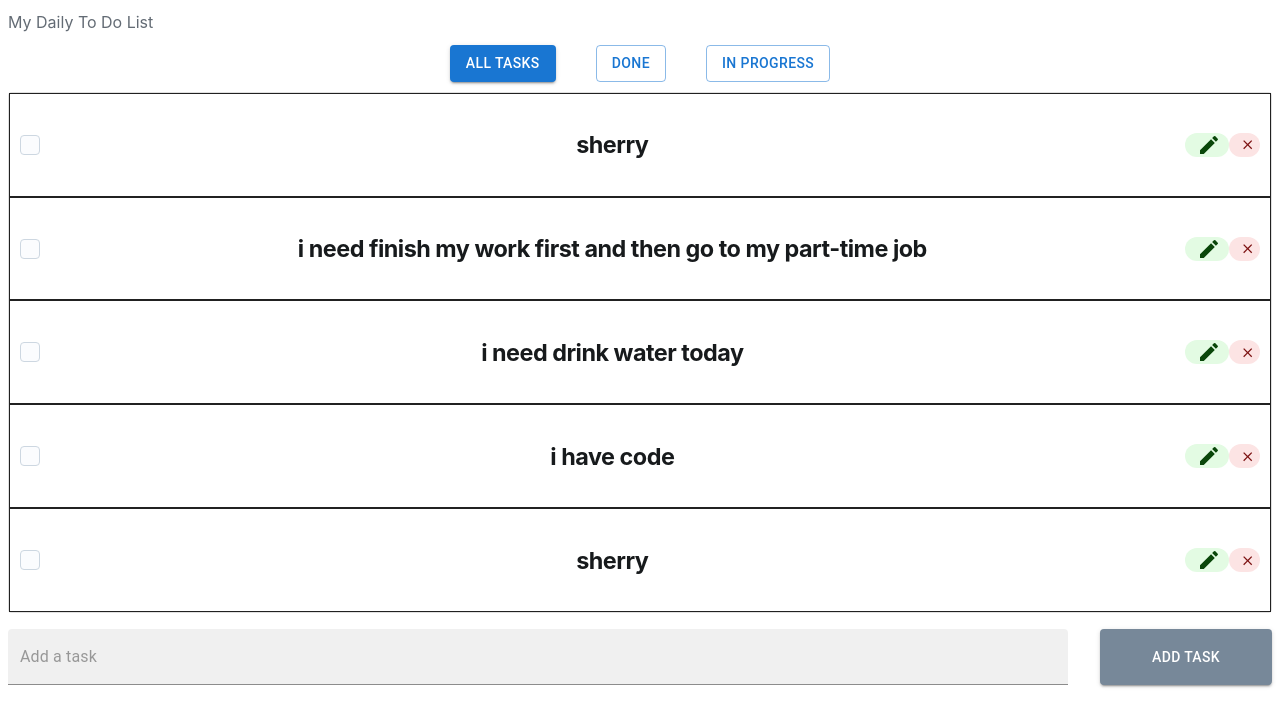
Repository: Tracy-maker/TodoList
Page: /
These files come from the project's save history. The page is drawn as it stood at one moment and after a run of saves; the edit follows.
The browser window is 1280 px wide. The pictures show the whole page.
The project was rebuilt for these pictures with package versions that can differ from the ones it lists, and the page was loaded fresh each time. Requests to the local data server were answered from the project's data file. Also part of the build but not shown: src/components/TaskEdit.js.

Above is the page before, as saved 2023-09-06 15:26:05.

### src/App.js
import { useState, useEffect } from "react";
import axios from "axios";
import CreateTask from "./components/CreateTask";
import TaskList from "./components/TaskList";
import { Box } from "@mui/material";
import styled from "styled-components";
import Typography from "@mui/joy/Typography";
import TaskButton from "./components/TaskButton";

const TaskForm = styled(Box)`
  display: flex;
  flex-direction: column;
  justify-content: space-between;
  align-items: stretch;
`;
function App() {
  const [tasks, setTasks] = useState([]);
  const [filter, setFilter] = useState("all");

  const fetchTask = async () => {
    const response = await axios.get("http://localhost:3001/tasks");
    setTasks(response.data);
  };

  useEffect(() => {
    fetchTask();
  }, []);

  const createTask = async (title) => {
    const response = await axios.post("http://localhost:3001/tasks", {
      title,
      status: "inProgress",
    });
    const updatedTasks = [...tasks, response.data];
    setTasks(updatedTasks);
  };

  const deleteTasksById = async (id) => {
    await axios.delete(`http://localhost:3001/tasks/${id}`);
    const updatedTasks = tasks.filter((task) => {
      return task.id !== id;
    });
    setTasks(updatedTasks);
  };

  const editTaskById = async (id, newTitle) => {
    const response = await axios.put(`http://localhost:3001/tasks/${id}`, {
      title: newTitle,
    });

    const updatedTasks = tasks.map((task) => {
      if (task.id === id) {
        return {
          ...task,
          ...response.data,
        };
      }
      return tasks;
    });
    setTasks(updatedTasks);
  };

  const handleFilterTasks = (filter) => {
    setFilter(filter);
  };

  let filteredTasks = tasks;
  if (filter !== "all") {
    filteredTasks = tasks.filter((task) => task.status === filter);
  }

  const toggleCheckedBoxById = (id) => {
    const updatedTasks = tasks.map((task) => {
      if (task.id === id) {
        let nextStatus;
        if (task.status === "done") {
          nextStatus = "inProgress";
        } else {
          nextStatus = "done";
        }
        return {
          ...task,
          status: nextStatus,
        };
      }
      return task;
    });
    setTasks(updatedTasks);
  };

  return (
    <>
      <Typography variant="h1">My Daily To Do List</Typography>
      <TaskForm>
        <TaskButton defaultValue={filter} onFilterChange={handleFilterTasks} />
        <TaskList
          toggleCheckedBoxById={toggleCheckedBoxById}
          tasks={filteredTasks}
          onDelete={deleteTasksById}
          onEdit={editTaskById}
        />
        <CreateTask onCreate={createTask} />
      </TaskForm>
    </>
  );
}
export default App;

### src/components/CreateTask.js
import * as React from "react";
import Stack from "@mui/material/Stack";
import TextField from "@mui/material/TextField";
import Button from "@mui/material/Button";
import { useState } from "react";


function CreateTask(props) {
  const [title, setTitle] = useState("");

  const handleChange = (event) => {
    setTitle(event.target.value);
  };

  const handleSubmit = (event) => {
    event.preventDefault();
    if (title.trim() !== "") {
      props.onCreate(title);
      setTitle("");
    }
  };

  return (
    <Stack onSubmit={handleSubmit} component="form" direction="row" spacing={4}>
      <TextField
        value={title}
        onChange={handleChange}
        fullWidth
        hiddenLabel
        placeholder="Add a task"
        variant="filled"
      />
      <Button
        sx={{
          width: "25ch",
          backgroundColor: "#778899",
        }}
        type="submit"
        variant="contained"
      >
        Add Task
      </Button>
    </Stack>
  );
}

export default CreateTask;

### src/components/TaskList.js
import * as React from "react";
import { Paper, Box } from "@mui/material";
import TaskShow from "./TaskShow";



function TaskList(props) {

  const renderedTasksList = props.tasks.map((task) => {
    return (
      <TaskShow
        key={task.id}
        task={task}
        onDelete={props.onDelete}
        onEdit={props.onEdit}
        toggleCheckedBoxById={props.toggleCheckedBoxById}
      />
    );
  });

  return (
    <Box mb={2}>
      <Paper variant="outlined">{renderedTasksList}</Paper>
    </Box>
  );
}
export default TaskList;

### src/components/TaskButton.js
import * as React from "react";
import { Box, Button } from "@mui/material";
import styled from "styled-components";

const ButtonNavigationBar = styled(Box)`
  display: flex;
  justify-content: center;
  gap: 40px;
  padding: 10px;
`;

function TaskButton(props) {
  return (
    <ButtonNavigationBar>
      <Button
        variant={props.defaultValue === "all" ? "contained" : "outlined"}
        onClick={() => props.onFilterChange("all")}
      >
        All Tasks
      </Button>
      <Button
        variant={props.defaultValue === "done" ? "contained" : "outlined"}
        onClick={() => props.onFilterChange("done")}
      >
        Done
      </Button>
      <Button
        variant={props.defaultValue === "inProgress" ? "contained" : "outlined"}
        onClick={() => props.onFilterChange("inProgress")}
      >
        In Progress
      </Button>
    </ButtonNavigationBar>
  );
}
export default TaskButton;

### src/components/TaskShow.js
import * as React from "react";
import { useState } from "react";
import Typography from "@mui/joy/Typography";
import Checkbox from "@mui/joy/Checkbox";
import Chip from "@mui/joy/Chip";
import ChipDelete from "@mui/joy/ChipDelete";
import styled from "styled-components";
import { Box } from "@mui/material";
import EditIcon from "@mui/icons-material/Edit";
import TaskEdit from "./TaskEdit";

const TaskItem = styled(Box)`
  display: flex;
  justify-content: space-between;
  align-items: center;
  padding: 10px;
  border-style: solid;
  border-width: 1px;
`;

const Title = styled(Typography)`
  text-decoration: ${({ isDeleted }) => (isDeleted ? "line-through" : "none")};
`;

function TaskShow(props) {
  const [showEdit, setShowEdit] = useState(false);

  const handleEdit = () => {
    setShowEdit(!showEdit);
  };

  const handleSubmit = (id, newTitle) => {
    setShowEdit(false);
    props.onEdit(id, newTitle);
  };

  let content = <h3>{props.task.title}</h3>;
  if (showEdit) {
    content = <TaskEdit onSubmit={handleSubmit} task={props.task} />;
  }

  const handleDelete = () => {
    props.onDelete(props.task.id);
  };

  const handleCheckboxChange = () => {
    props.toggleCheckedBoxById(props.task.id);
  };

  return (
    <TaskItem>
      <Checkbox
        checked={props.task.status === "done"}
        onChange={handleCheckboxChange}
      />
      <Title isDeleted={props.task.status === "done"} level="h4">
        {content}
      </Title>
      <Box>
        <Chip
          variant="soft"
          color="success"
          onClick={handleEdit}
          endDecorator={<EditIcon />}
        />

        <Chip
          variant="soft"
          color="danger"
          endDecorator={<ChipDelete onClick={handleDelete} />}
        />
      </Box>
    </TaskItem>
  );
}

export default TaskShow;

### db.json
{
  "tasks": [
    {
      "title": "sherry",
      "status": "inProgress",
      "id": 1
    },
    {
      "title": "i need finish my work first and then go to my part-time job",
      "status": "inProgress",
      "id": 2
    },
    {
      "title": "i need drink water today",
      "status": "inProgress",
      "id": 3
    },
    {
      "title": "i have code",
      "status": "inProgress",
      "id": 4
    },
    {
      "title": "sherry",
      "status": "inProgress",
      "id": 5
    }
  ]
}

Loaded but not shown: public/index.html (common file); src/index.js (common file)

After the next 2 saves:
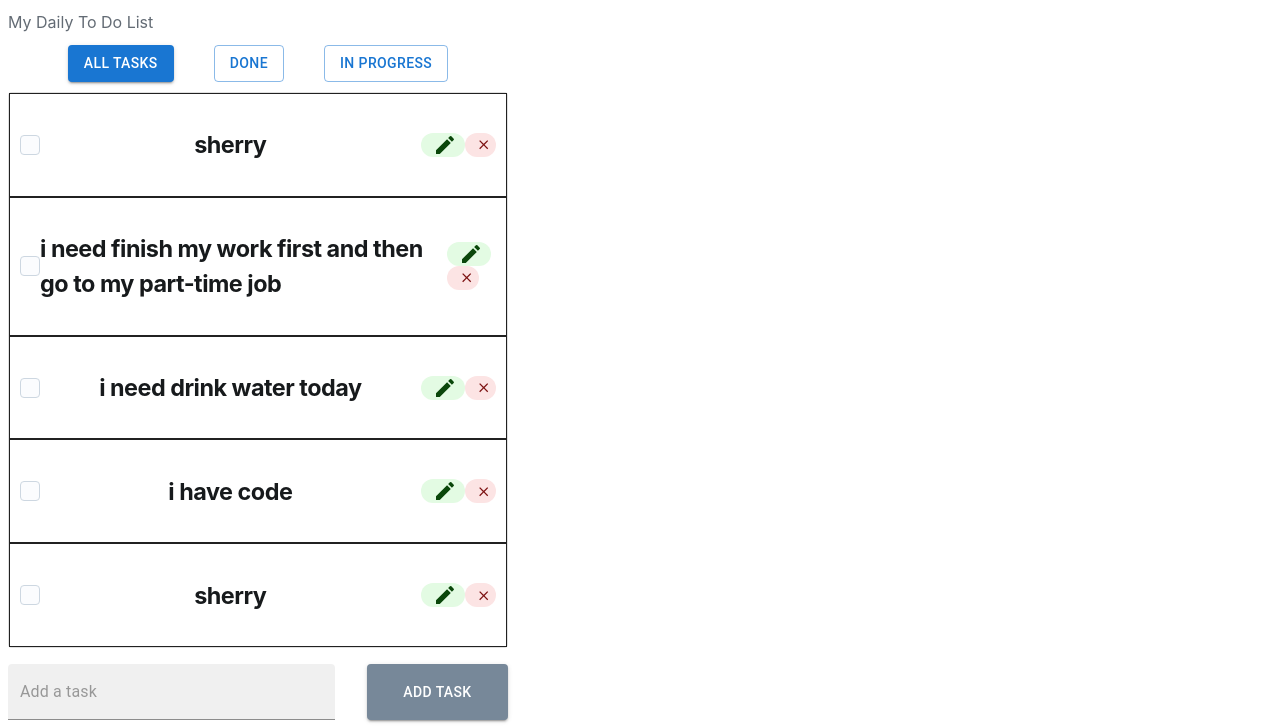
The 2 saves are shown as one change because they came seconds apart.
The last was saved 103 s later.
--- a/src/App.js
+++ b/src/App.js
@@ -89,7 +89,7 @@
   };
 
   return (
-    <>
+    <Box sx={{ width: "100%", maxWidth: 500 }}>
       <Typography variant="h1">My Daily To Do List</Typography>
       <TaskForm>
         <TaskButton defaultValue={filter} onFilterChange={handleFilterTasks} />
@@ -101,7 +101,7 @@
         />
         <CreateTask onCreate={createTask} />
       </TaskForm>
-    </>
+    </Box>
   );
 }
 export default App;

After the save that followed:
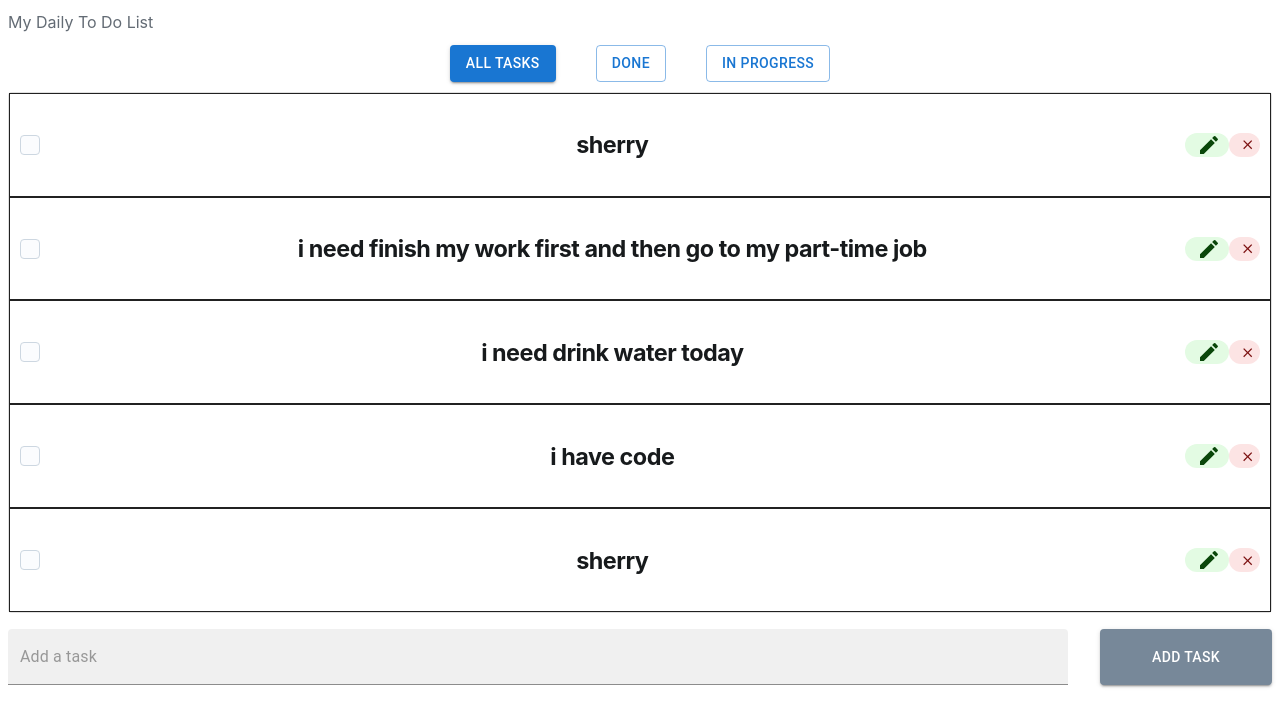
Saved 22 s later.
--- a/src/App.js
+++ b/src/App.js
@@ -89,7 +89,7 @@
   };
 
   return (
-    <Box sx={{ width: "100%", maxWidth: 500 }}>
+    <Box lg={{ width: "100%", maxWidth: 500 }}>
       <Typography variant="h1">My Daily To Do List</Typography>
       <TaskForm>
         <TaskButton defaultValue={filter} onFilterChange={handleFilterTasks} />
